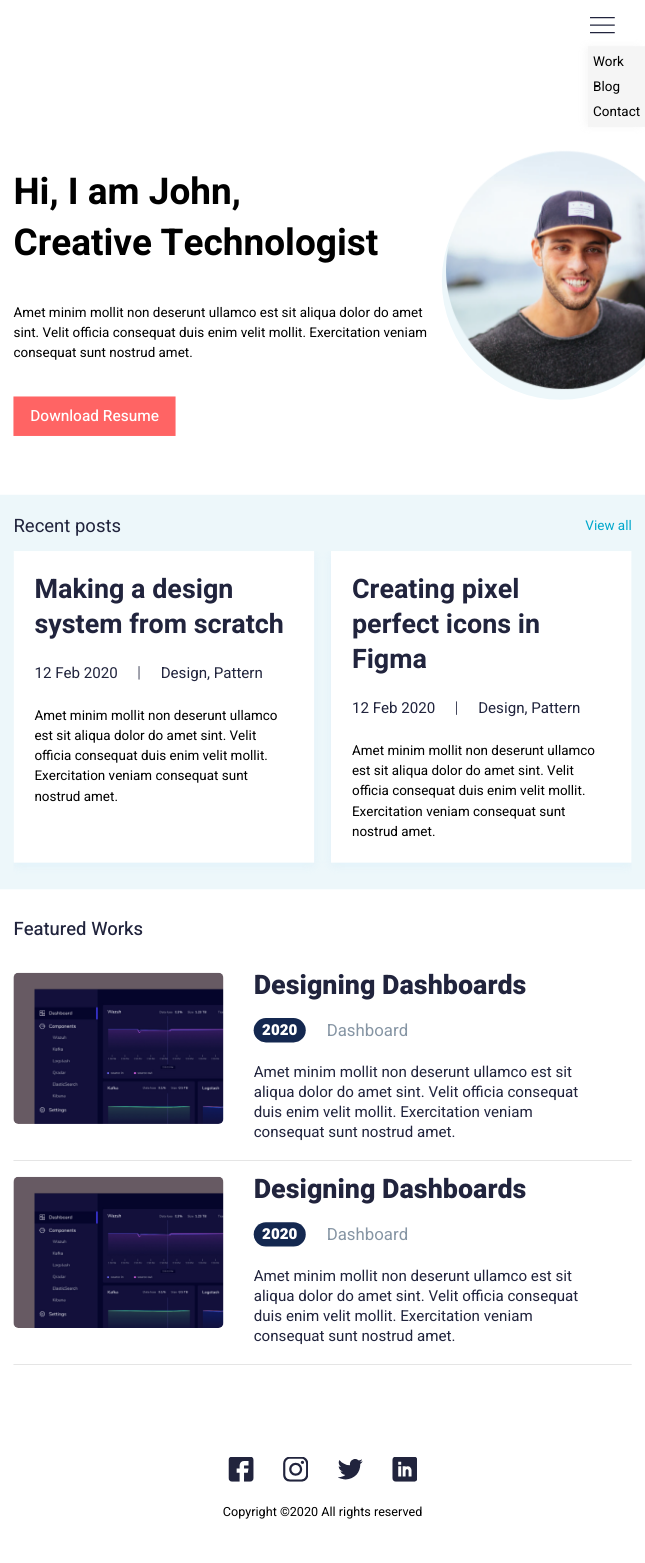
Repository: sharma171/portfolio
Page: /
These files come from the project's save history. The page is drawn as it stood at one moment and after the next save; the edit follows.
The browser window is 768 px wide. The pictures show the whole page, at 84% of full size.
The project was rebuilt for these pictures with package versions that can differ from the ones it lists, and the page was loaded fresh each time. The framework's server and built-in components were replaced by stand-ins that run in the browser. Also part of the build but not shown: next.config.mjs.

Above is the page before, as saved 2024-06-02 22:53:28.

### src/app/layout.js

import "./globals.css";


export const metadata = {
  title: "Portfolio Website",
  description: "Blogging and projects site",
};

export default function RootLayout({ children }) {
  return (
    <html lang="en">
      <body>{children}</body>
    </html>
  );
}

### src/app/page.js
import "./page.css";
import Header from "../components/Header";
import Hero from "../components/Hero";
import HomeBlog from "../components/HomeBlog";
import Featured from "../components/Featuredworks";
import Footer from "../components/Footer"

export default function Home() {
  return (
    <main className="main">
      <Header />
      <Hero />
      <HomeBlog />
      <section className="featured-home">
        <div className="container">
          <div className="top-heading">
            <h3 className="head">
              Featured Works
            </h3>
          </div>
            <Featured/>
        </div>
      </section>
      <Footer />
    </main>
  );
}

### src/app/globals.css
@import url('https://fonts.googleapis.com/css2?family=Heebo:wght@100..900&display=swap');

:root {
  --max-width: 1180px;
  --border-radius: 12px;
  --font-mono: ui-monospace, Menlo, Monaco, "Cascadia Mono", "Segoe UI Mono",
    "Roboto Mono", "Oxygen Mono", "Ubuntu Monospace", "Source Code Pro",
    "Fira Mono", "Droid Sans Mono", "Courier New", monospace;
  --main-font: "Heebo", sans-serif;
  --weight--300: 300;
  --weight--400: 400;
  --weight--500: 500;
  --weight--600: 600;
  --weight--700: 700;
  --weight--800: 800;
  --weight--900: 900;
  --hero-button: #FF6464;
  --text-color: #21243D;
}

* {
  box-sizing: border-box;
  padding: 0;
  margin: 0;
}

html,
body {
  max-width: 100vw;
  overflow-x: hidden;
  font-family: var(--main-font);
}

a {
  color: inherit;
  text-decoration: none;
}
.container {
  max-width: var(--max-width);
  margin: 0 auto;
  padding: 0 1rem;
}
header {
  background: #fff;
}
header .header-logo {
  width: 1rem;
  height: auto;
}
.nav {
  display: flex;
  flex-direction: row;
  justify-content:space-between;
  max-width: 1280px;
  margin: 0 auto;
  padding: 0 1rem;
}
.navMenu {
  display: flex;
  flex-direction: row;
  align-items: center;
}
.navMenu .navLink {
  font-size: 1.25rem;
  font-weight: var(--weight--600);
  color: var(--primary-color);
  margin: 30px;
}
/* ------------------------ Footer ---------------------------------------- */
footer {
  background: #fff;
  padding: 50px 0;
}

footer .footer-inner {
  display: flex;
  flex-direction: column;
  justify-content: center;
  align-items: center;
  gap: 18px;
}
footer .social-row {
  display: flex;
  flex-direction: row;
  justify-content: space-between;
  align-items: center;
  gap: 35px;
}
footer .social-row .social .social-img {
  width: 30px;
  image: 30px;
}
footer .footer-inner .copyright {
  font-size: 15px;
}
.mob-menu {
  display: none;
}
@media (max-width: 991px) {
  .navMenu {
    display: none;
  }
  .mob-menu {
    display: flex;
  }
  .mob-menu .hambmenu {
    margin: 20px;
  }
  .mob-menu .mob-list {
    position: fixed;
    top: 55px;
    right: 0;
    display: flex;
    flex-direction: column;
    padding: 6px;
    box-shadow: -4px 0px 8px 0px #f1f1f196;
    gap: 6px;
    background: #f5f5f5;
  }
  .mob-menu .mob-list .mob-link {
    padding: 4px 10px;
    background: #fff;
  }
}

### src/app/page.css
.main {
  display: flex;
  flex-direction: column;
  min-height: 100vh;
}
/* ----------------- hero section ----------------- */
.hero .hero-row {
  display: flex;
  flex-direction: row;
}
.hero .hero-lhs {
  width: 70%;
}
.hero .hero-lhs .hero-cta {
  display: flex;
  flex-direction: column;
  gap: 40px;
  margin-top: 140px;
  margin-bottom: 70px;
}
.hero .hero-lhs .hero-cta .main-head {
  font-size: 44px;
  line-height: 3.75rem;
  font-weight: 700;
}
.hero .hero-lhs .hero-cta .sub-head {
  font-size: 16px;
  line-height: 1.5rem;
  font-weight: 400;
  max-width: 500px;
}
.hero .hero-lhs .hero-cta .cta-button {
  padding: 14px 20px;
  font-size: 1.15rem;
  line-height: 19px;
  font-weight: 500;
  font-family: "Heebo", sans-serif;
  margin-right: auto;
  background: var(--hero-button);
  color: #fff;
  border: none;
}
.hero .hero-rhs {
  width: 30%;
  display: flex;
  justify-content: flex-start;
  align-items: center;
}
.hero .hero-rhs .hero-img {
  position: relative;
}
.hero .hero-rhs .hero-img .image {
  width: 283px;
  height: 283px;
  z-index: 1;

}
.hero .hero-rhs .hero-img::after {
  content: "";
  position: absolute;
  top: 13px;
  left: -5px;
  width: 283px;
  height: 283px;
  background: #EDF7FA;
  z-index: -1;
  border-radius: 300px;
}

/* -------------------------  Home Blog Section --------------------------------------- */

.home-blog {
  background: #EDF7FA;
}
.home-blog .blog-head {
  display: flex;
  flex-direction: row;
  justify-content: space-between;
  align-items: center;
  margin-top: 7px;
}
.home-blog .blog-head .heading {
  font-size: 22px;
  line-height: 60px;
  font-weight: 400;
  color: var(--text-color);
}
.home-blog .blog-head .more-link {
  font-size: 16px;
  font-weight: 400;
  color: #00A8CC;
}

/* ----------------------- Blog Carousel ----------------------------------------- */
.blog-carousel .blog-image {
  display: none;
}
.blog-carousel {
  display: flex;
  flex-direction:row;
  overflow: hidden;
  max-width: 100%;
  padding-bottom: 32px;
}
.blog-carousel .blog-item {
  background-color: #fff;
  box-shadow: #bbe1fa3d 0 4px 10px 0;
  padding: 25px;
  display: flex;
  flex-direction: column;
  gap: 25px;
}
.blog-carousel .blog-item:nth-child(odd){
  margin-right: 10px;
}
.blog-carousel .blog-item:nth-child(even) {
  margin-left: 10px;
}
.blog-carousel .blog-item .blog-item-head {
  /* margin-bottom: 17px; */
}
.blog-carousel .blog-item .blog-item-head .head {
  font-size: 32px;
  line-height: 1.3em;
  font-weight: 700;
  color: var(--text-color);
}
.blog-carousel .blog-info {
  display: flex;
  flex-direction: row;
  gap: 25px;
  /* margin-bottom: 11px; */
}
.blog-carousel .blog-info .divline {
  width: 1px;
  height: 15.799999999999958px;
  margin-top: 4px;
  background: var(--text-color);
}
.blog-carousel .blog-info .date {
  font-size: 18px;
  line-height: 26px;
  color: var(--text-color);
  font-weight: 400;
}
.blog-carousel .blog-info .author {
  font-size: 18px;
  line-height: 26px;
  color: var(--text-color);
  font-weight: 400;
}
.blog-carousel .blog-info .blog-para .para{
  font-size: 16px;
  line-height: 24px;
  color: var(--text-color);
  font-weight: 400;
}

/* ---------------------------- Featured Works -------------------------------------------------------------------- */

.featured-home {
  background: #fff;
}
.featured-home .top-heading {
  display: flex;
  flex-direction: row;
  justify-content: space-between;
  align-items: center;
  margin-top: 17px;
  margin-bottom: 22px;
}
.featured-home .top-heading .head {
  font-size: 22px;
  color: var(--text-color);
  line-height: 60px;
  font-weight: 500;
}
.workcards {
  display: flex;
  flex-direction: column;
  gap: 40px;
  padding-bottom: 80px;
}
.workcards .card-item {
  display: flex;
  flex-direction: row;
  position: relative;
}
.workcards .card-item::after{
  content: "";
  position: absolute;
  top: calc(100% + 20px);
  left: 0;
  width: 100%;
  height: 1px;
  background: #E0E0E0;
}
.workcards .card-item .card-thumb {
  width: 250px;
  height: 180px;
  margin-right: 18px;
}
.workcards .card-item .card-thumb .thumb-img {
  width: 250px;
  height: 180px;
  object-fit: cover;
  border-radius:6px;
}
.workcards .card-item .card-info {
  display: flex;
  flex-direction: column;
  margin-left: 18px;
  gap: 24px;
}
.workcards .card-item .card-info .heading {
  font-size: 32px;
  font-weight: 800;
  line-height: 30px;
  color: var(--text-color);
}
.workcards .card-item .card-info .info-row {
  display: flex;
  flex-direction: row;
  gap: 25px;
}
.workcards .card-item .card-info .info-row .date {
  font-size: 18px;
  line-height: 17px;
  font-weight: 900;
  padding: 6px 10px 5px 10px;
  border-radius: 16px;
  color: #fff;
  background: #142850;
}
.workcards .card-item .card-info .info-row .topic {
  font-size: 20px;
  color: #8695A4;
}
.workcards .card-item .card-info .info-para {
  font-size: 18px;
  line-height: 24px;
  color: #21243D;
  font-weight: 400;
  width: 90%;
}
/* ------------------------------ Category Pages -------------- */
.work-category .container {
  max-width: 900px;
}
.blog-category .container {
  max-width: 900px;
}
.cat-head {
  padding-top: 80px;
  padding-bottom: 25px;
}
.cat-head h3 {
  font-size: 44px;
  line-height: 60px;
  font-weight: 700;
}
.blog-cards {
  display: flex;
  flex-direction: column;
  gap: 60px;
  padding-bottom: 80px;
}
.blog-cards .card-item {
  display: flex;
  flex-direction: column;
  gap: 10px;
  position: relative;
}
.blog-cards .card-item::after {
  content: "";
  position: absolute;
  top: calc(100% + 30px);
  left: 0;
  width: 100%;
  height: 1px;
  background: #E0E0E0;
}
.blog-cards .card-item .info-row .width-div {
  width: 1px;
  height: 15.799999999999958px;
  margin-top: 4px;
  background: var(--text-color);
}
.blog-cards .card-item .heading {
  font-size: 30px;
  font-weight: 600;
  line-height: 44px;
  color: var(--text-color);
}
.blog-cards .card-item .info-row {
  display: flex;
  flex-direction: row;
  gap: 20px;
}
.blog-cards .card-item .info-row .date {
  font-size: 20px;
  line-height: 29px;
  color: var(--text-color);
  font-weight: 400;
}
.blog-cards .card-item .info-row .topic {
  font-size: 20px;
  line-height: 29px;
  color: #8695A4;
  font-weight: 400;
}
.blog-cards .card-item .info-para {
  font-size: 16px;
  line-height: 24px;
  color: var(--text-color);
}
/* --------------------------- Detailed Page ------------------------------------------------------------- */
.detailed .container {
  max-width: 1000px;
}
.detailed .detailed-inner {
  display: flex;
  flex-direction: column;
  gap: 30px;
  padding-top: 50px;
  padding-bottom: 30px;
}
.detailed .detailed-inner h1.main-heading {
  font-size: 34px;
  line-height: 50px;
  font-weight: 800;
  color: var(--text-color);
}
.detailed .detailed-inner .det-row {
  display: flex;
  flex-direction: row;
  gap: 20px;
}
.detailed .detailed-inner .det-row .date {
  font-size: 18px;
  font-weight: 800;
  padding: 7px 12px 4px 12px;
  color: #fff;
  line-height: 17px;
  background: #FF7C7C;
  border-radius: 50px;
}
.detailed .detailed-inner .det-row .topic {
  font-size: 20px;
  line-height: 29px;
  font-weight: 400;
  color: var(--text-color);
}
.detailed .detailed-inner h2.subheading {
  font-size: 16px;
  line-height: 24px;
  color: #000;
  font-weight: 400;
}
.detailed .detailed-inner .full-w-thumb {
  width: 100%;
  height:auto;
  aspect-ratio: 680/460;
  object-fit: cover;
}
.detailed .detailed-inner h1 {
  font-size:30px;
  line-height: 45px;
  color: var(--text-color);
  font-weight: 700;
}
.detailed .detailed-inner h2 {
  font-size: 24;
  line-height: 30px;
  color: var(--text-color);
  font-weight: 600;
}

### src/components/Header.jsx
import React from "react";
import "../app/globals.css";
import Hambmenu from "../../public/hamb-menu.svg"
import Image from "next/image";

const navLink = [
    {
        name: "Work",
        link: "/"
    },
    {
        name: "Blog",
        link: "/blog"
    },
    {
        name: "Contact",
        link: "/contact"
    },
]

const Header = () => {
    return(
        <header>
            <nav className="nav">
                <a href="/">

                </a>
                <div className="navMenu">
                    {navLink.map((item, index) => (
                        <a href={item.link} className="navLink" key={index}>{item.name}</a>
                    ))}
                </div>
                <div className="mob-menu">
                    <Image src={Hambmenu} alt="hambmenu" className="hambmenu" />
                    <div className="mob-list">
                        {navLink.map((item, index) => (
                            <a href={item.link} className="moblink" key={index}>{item.name}</a>
                        ))}
                    </div>
                </div>
            </nav>
        </header>
    )
}

export default Header;

### src/components/hero.jsx
import React from "react";
import Image from 'next/image';
import HeroImg from "../../public/hero-img.png"

const Hero = () => {
    return (
        <>
        <section className="hero">
            <div className="container">
                <div className="hero-row">
                    <div className="hero-lhs">
                        <div className="hero-cta">
                            <h1 className="main-head">
                            Hi, I am John,<br></br>Creative Technologist
                            </h1>
                            <p className="sub-head">
                            Amet minim mollit non deserunt ullamco est sit aliqua dolor do amet sint. Velit officia consequat duis enim velit mollit. Exercitation veniam consequat sunt nostrud amet.
                            </p>
                            <button className="cta-button">Download Resume</button>
                        </div>
                    </div>
                    <div className="hero-rhs">
                        <div className="hero-img">
                            <Image
                                src={HeroImg} // Path to your image
                                alt="hero"
                                width={243}
                                height={243}
                                className="image"
                            />
                        </div>
                    </div>
                </div>
            </div>
        </section>
        </>
    )
}
export default Hero

### src/components/HomeBlog.jsx
import React from "react";

const carItem = [
  {
    title: "Making a design system from scratch",
    date: "12 Feb 2020",
    author: "Design, Pattern",
    shortDescription: "Amet minim mollit non deserunt ullamco est sit aliqua dolor do amet sint. Velit officia consequat duis enim velit mollit. Exercitation veniam consequat sunt nostrud amet.",
    thumbnailImage: "", // Consider adding a valid image URL here
  },
  {
    title: "Creating pixel perfect icons in Figma",
    date: "12 Feb 2020",
    author: "Design, Pattern",
    shortDescription: "Amet minim mollit non deserunt ullamco est sit aliqua dolor do amet sint. Velit officia consequat duis enim velit mollit. Exercitation veniam consequat sunt nostrud amet.",
    thumbnailImage: "", // Consider adding a valid image URL here
  },
];

const HomeBlog = () => {
  return (
    <section className="home-blog">
      <div className="container">
        <div className="blog-head">
          <h3 className="heading">Recent posts</h3>
          <a href="" className="more-link">View all</a>
        </div>
        <div className="blog-carousel">
          {carItem.map((item, index) => (
            <div key={index} className={`blog-item ${index}`}>
              <div className="blog-item-head">
                <h3 className="head">{item.title}</h3>
              </div>
              <div className="blog-info">
                <span className="date">{item.date}</span>
                <div className="divline"></div>
                <span className="author">{item.author}</span>
              </div>
              <div className="blog-para">
                <p className="para">{item.shortDescription}</p>
              </div>
              {item.thumbnailImage && (
                <div className="blog-image">
                  <img src={item.thumbnailImage} alt={item.title} />
                </div>
              )}
            </div>
          ))}
        </div>
      </div>
    </section>
  );
};

export default HomeBlog;

### src/components/Featuredworks.jsx
import React from "react";
import Image from "next/image"

import ThumbImg from "../../public/work/work1.jpg"

const FeaturedWorks = () => {
    return(
        <>
        <div className="workcards">
            <div className="card-item">
                <div className="card-thumb">
                    <Image src={ThumbImg} alt="thumbnail" className="thumb-img" />
                </div>
                <div className="card-info">
                    <h3 className="heading">Designing Dashboards</h3>
                    <div className="info-row">
                        <span className="date">2020</span>
                        <span className="topic">Dashboard</span>
                    </div>
                    <p className="info-para">
                        Amet minim mollit non deserunt ullamco est sit aliqua dolor do amet sint. Velit officia consequat duis enim velit mollit. Exercitation veniam consequat sunt nostrud amet.
                    </p>
                </div>
            </div>
            <div className="card-item">
                <div className="card-thumb">
                    <Image src={ThumbImg} alt="thumbnail" className="thumb-img" />
                </div>
                <div className="card-info">
                    <h3 className="heading">Designing Dashboards</h3>
                    <div className="info-row">
                        <span className="date">2020</span>
                        <span className="topic">Dashboard</span>
                    </div>
                    <p className="info-para">
                        Amet minim mollit non deserunt ullamco est sit aliqua dolor do amet sint. Velit officia consequat duis enim velit mollit. Exercitation veniam consequat sunt nostrud amet.
                    </p>
                </div>
            </div>
        </div>
        </>
    )
}
export default FeaturedWorks;

### src/components/Footer.jsx
import React from "react";

import Image from "next/image"

import FacebookIcon from "../../public/social/facebook.svg"
import InstagramIcon from "../../public/social/instagram.svg"
import TwitterIcon from "../../public/social/twitter.svg"
import LinkedinIcon from "../../public/social/Linkedin.svg"

const Footer = () => {
    return(
        <>
        <footer>
            <div className="container">
                <div className="footer-inner">
                    <div className="social-row">
                        <a href="" className="social">
                            <Image src={FacebookIcon} alt="icon" className="social-img" />
                        </a>
                        <a href="" className="social">
                            <Image src={InstagramIcon} alt="icon" className="social-img" />
                        </a>
                        <a href="" className="social">
                            <Image src={TwitterIcon} alt="icon" className="social-img" />
                        </a>
                        <a href="" className="social">
                            <Image src={LinkedinIcon} alt="icon" className="social-img" />
                        </a>
                    </div>
                    <span className="copyright">
                        Copyright ©2020 All rights reserved
                    </span>
                </div>
            </div>
        </footer>
        </>
    )
};
export default Footer;

After the next save:
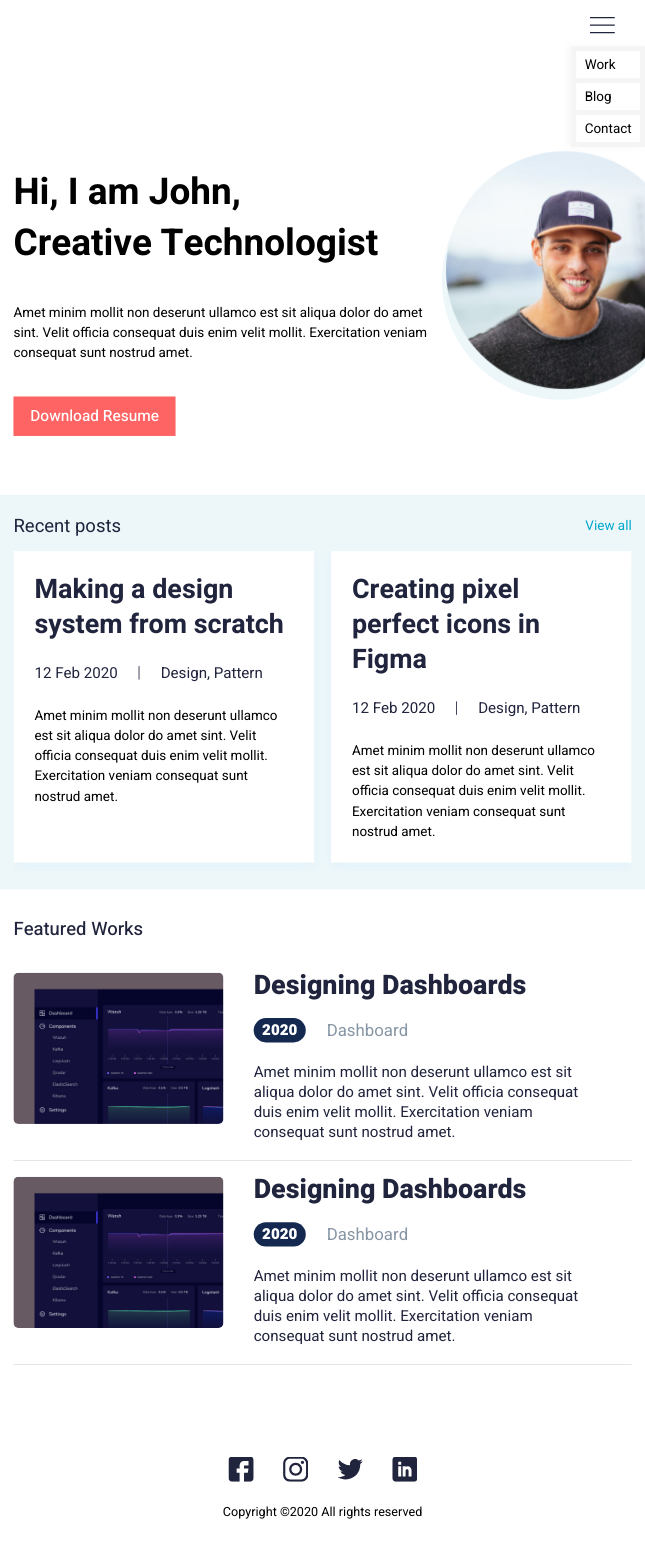
Saved 29 s later.
--- a/src/app/globals.css
+++ b/src/app/globals.css
@@ -117,7 +117,7 @@ footer .footer-inner .copyright {
     gap: 6px;
     background: #f5f5f5;
   }
-  .mob-menu .mob-list .mob-link {
+  .mob-menu .mob-list .moblink {
     padding: 4px 10px;
     background: #fff;
   }
